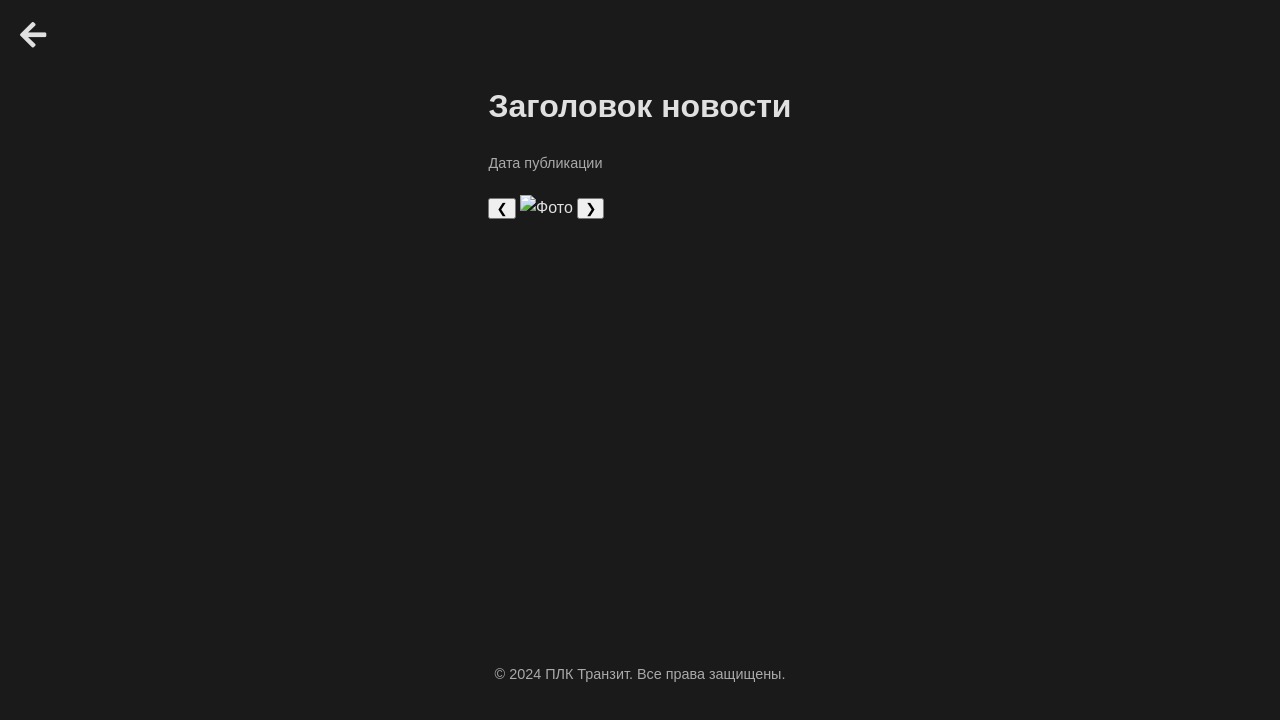
Repository: MaratLK/PLKFrontend
Page: news.html
An editor plug-in stored every save of this project. The page is shown before and after the next save, followed by the edit.
The browser window is 1280 px wide. The pictures show the whole page.

Above is the page before, as saved 2024-09-26 01:15:10.
Console error: TypeError: Cannot read properties of undefined (reading 'classList')

After the next save:
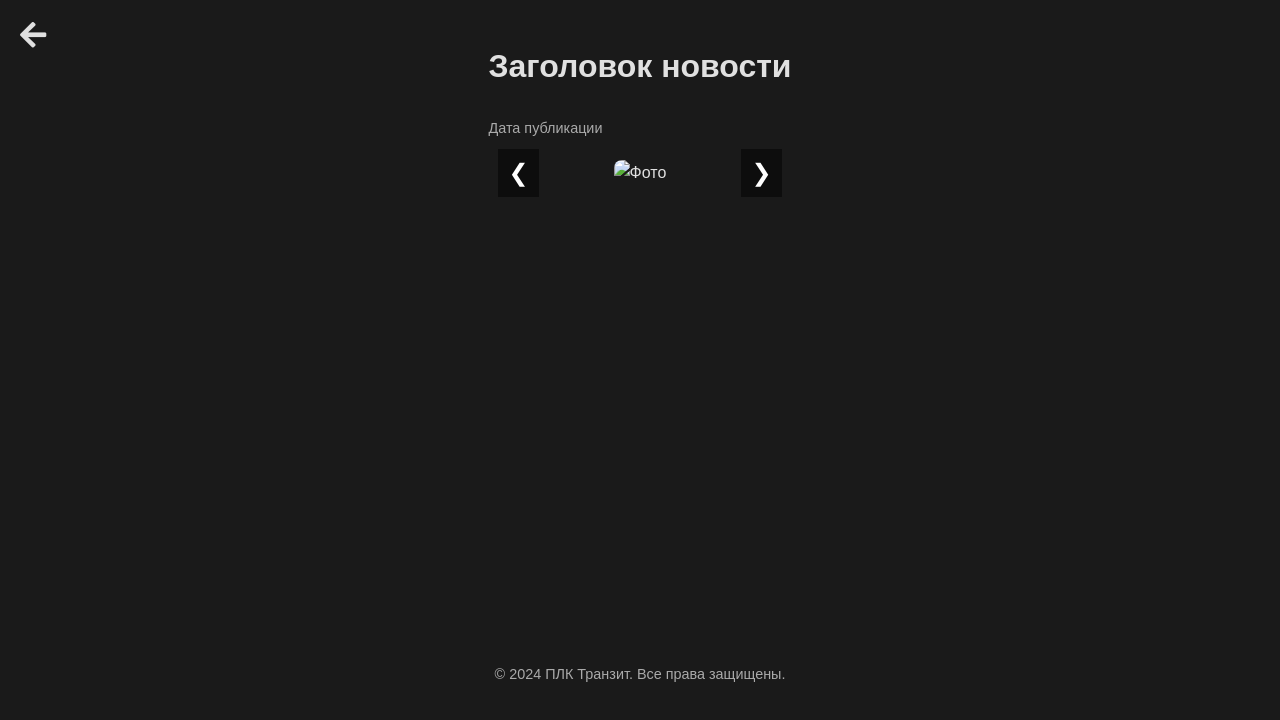
Saved 69 s later.
--- a/news.css
+++ b/news.css
@@ -8,15 +8,6 @@
     display: flex;
     flex-direction: column;
     min-height: 100vh;
-}
-
-header {
-    display: flex;
-    justify-content: center;
-    align-items: center;
-    padding: 20px 0;
-    background: none;
-    position: relative;
 }
 
 .news-container {
@@ -31,34 +22,83 @@
     text-align: left;
     width: 100%;
     font-size: 2rem;
-    margin-bottom: 5px;
+    margin-bottom: 10px;
 }
 
 .news-date {
     text-align: left;
+    width: 100%;
     color: #aaaaaa;
     font-size: 0.9rem;
     margin-bottom: 20px;
-    width: 100%;
 }
 
-.news-images {
+/* Основное изображение */
+.main-image-container {
+    position: relative;
     display: flex;
-    flex-wrap: wrap;
-    gap: 10px;
+    align-items: center;
     justify-content: center;
 }
 
-.news-images img {
-    width: calc(100% / 3 - 20px);
+.main-image {
+    max-width: 100%;
     height: auto;
     border-radius: 8px;
 }
 
+/* Кнопки слайдера */
+.prev-btn, .next-btn {
+    position: absolute;
+    top: 50%;
+    transform: translateY(-50%);
+    background-color: rgba(0, 0, 0, 0.5);
+    color: white;
+    font-size: 1.5rem;
+    border: none;
+    padding: 10px;
+    cursor: pointer;
+}
+
+.prev-btn {
+    left: 10px;
+}
+
+.next-btn {
+    right: 10px;
+}
+
+/* Миниатюры */
+.thumbnails {
+    display: flex;
+    justify-content: center;
+    margin-top: 10px;
+}
+
+.thumbnails img {
+    width: 100px;
+    height: auto;
+    margin: 0 10px;
+    cursor: pointer;
+    border-radius: 8px;
+    transition: transform 0.3s ease;
+}
+
+.thumbnails img:hover {
+    transform: scale(1.1);
+}
+
 .news-content {
     text-align: justify;
-    width: 100%;
     margin-top: 20px;
+}
+
+footer {
+    text-align: center;
+    padding: 20px 0;
+    color: #aaaaaa;
+    font-size: 0.9rem;
+    margin-top: auto;
 }
 
 .back-btn {
@@ -75,11 +115,3 @@
 .back-btn:hover {
     color: #007BFF;
 }
-
-footer {
-    text-align: center;
-    padding: 20px 0;
-    color: #aaaaaa;
-    font-size: 0.9rem;
-    margin-top: auto;
-}
